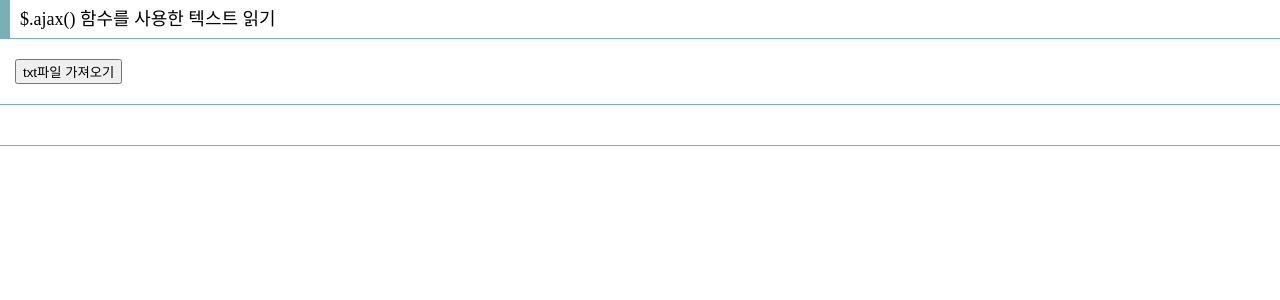
Repository: Choiinhwan11/JAVA
Page: Web/workspace/AJax_jQuery/src/main/webapp/02_xml/exam01.html
An editor plug-in stored every save of this project. The page is shown before and after the next save, followed by the edit.
The browser window is 1280 px wide. The pictures show the whole page.

Above is the page before, as saved 2024-02-15 07:40:23.

After the next save:
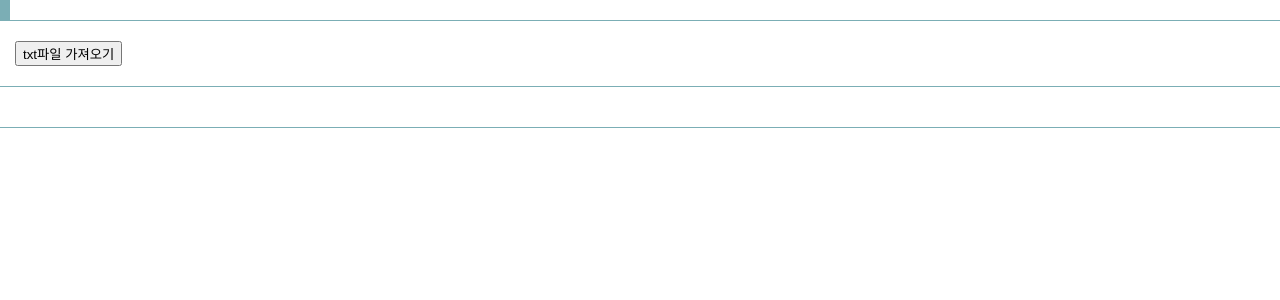
Saved 22 s later.
--- a/Web/workspace/AJax_jQuery/src/main/webapp/02_xml/exam01.html
+++ b/Web/workspace/AJax_jQuery/src/main/webapp/02_xml/exam01.html
@@ -8,7 +8,7 @@
   <link rel="stylesheet" href="../css/reset.css">
 </head>
 <body>
-  <h1 class="title">$.ajax() 함수를 사용한 텍스트 읽기</h1>
+  <h1 class="title"></h1>
   <div class="exec">
     <input type="button" value="txt파일 가져오기" id="mybtn"/>
   </div>
